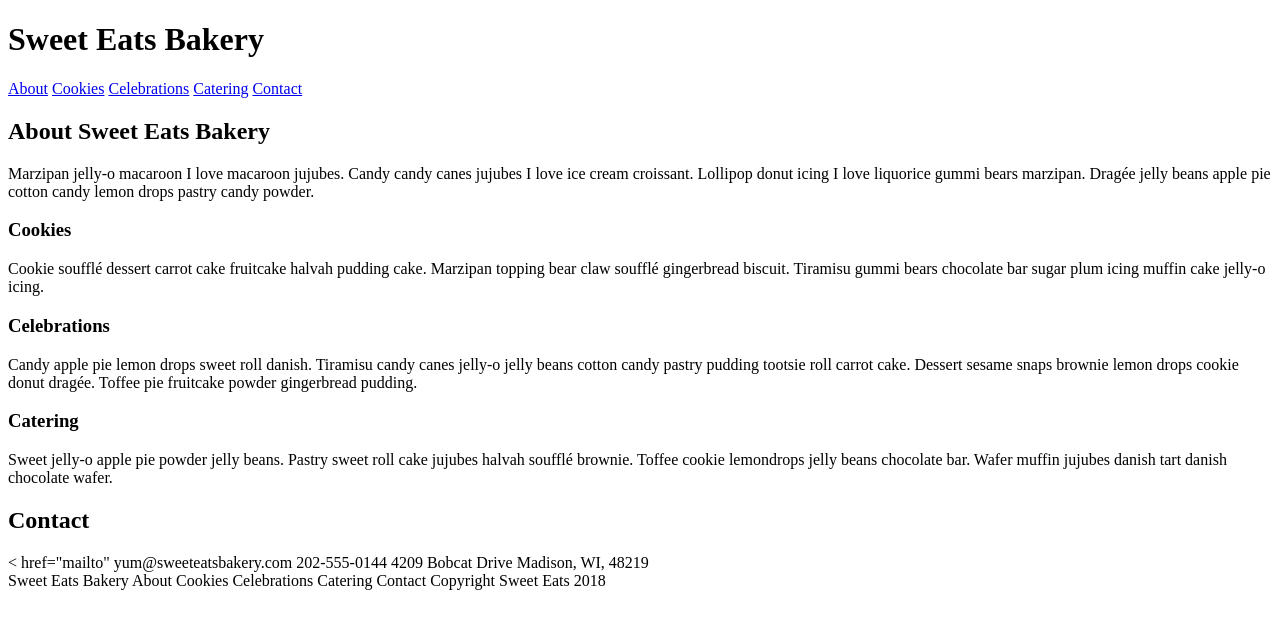
Repository: yoshimario/web-module-challenge-user-interface
Page: index.html
An editor plug-in stored every save of this project. The page is shown before and after the next save, followed by the edit.
The browser window is 1280 px wide. The pictures show the whole page.
Some web fonts or font styles are not loaded; a fallback is used.

Above is the page before, as saved 2023-05-15 00:22:37.

After the next save:
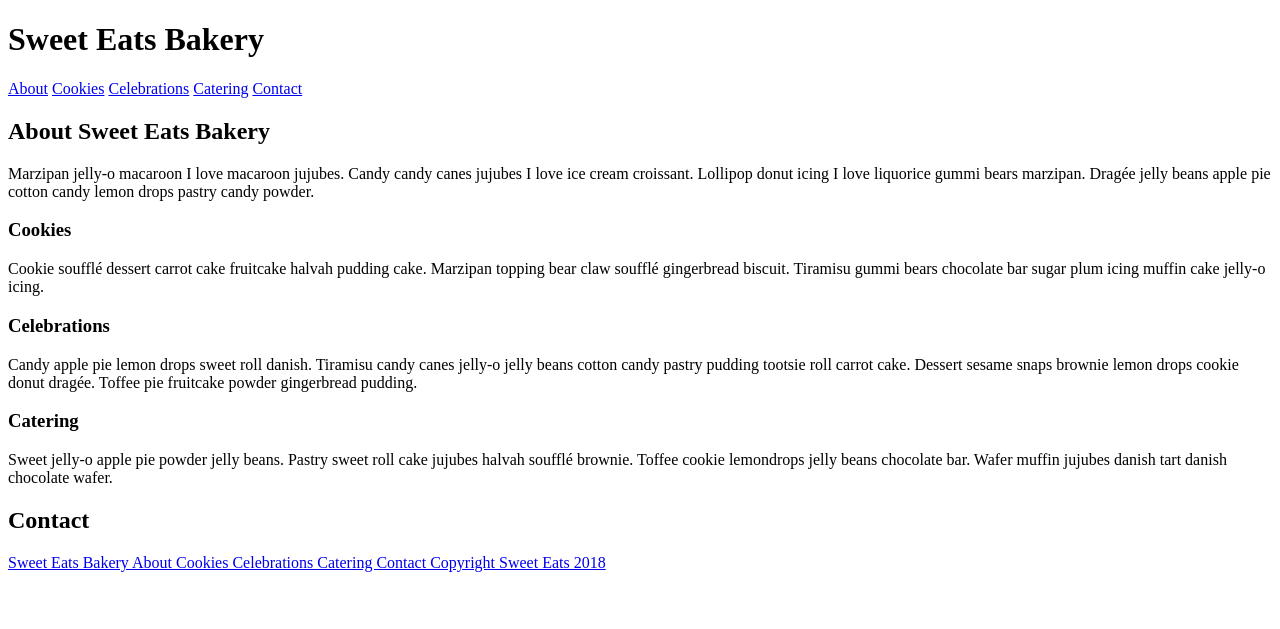
Saved 5 s later.
--- a/index.html
+++ b/index.html
@@ -58,7 +58,7 @@ lemondrops jelly beans chocolate bar. Wafer muffin jujubes danish tart danish ch
 <section>
 <h2>Contact</h2>
 
-< href="mailto" yum@sweeteatsbakery.com
+<a href="mailto" yum@sweeteatsbakery.com
 202-555-0144
 4209 Bobcat Drive
 Madison, WI, 48219
